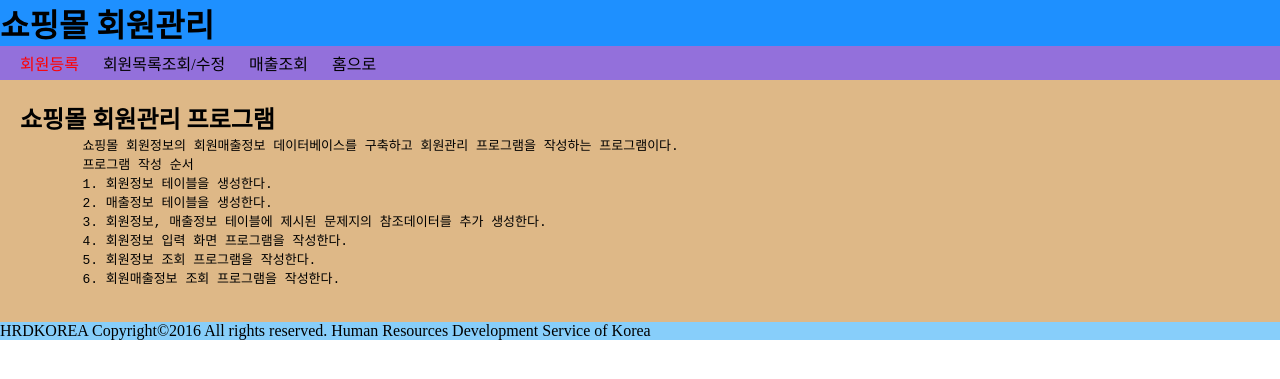
Repository: guguping/finalTestStudy
Page: http://localhost/test2/
The author's editor kept a copy of each file at every save. The page is drawn from the files as they stood at one save, then again after the next save.
The browser window is 1280 px wide. The pictures show the whole page.
The pointer rests on the first visible `a`.
The page is served by Tomcat 9.

Above is the page before, as saved 2023-07-28 06:43:55.

### test2/src/main/webapp/index.jsp
<%@ page contentType="text/html;charset=UTF-8" language="java" %>
<html>
<head>
    <title>Title</title>
    <style>
        * {
            padding: 0;
            margin: 0;
        }
        #contents {
            background-color: burlywood;
            padding: 20px;
        }
        a {
        	text-decoration: none;
        	color: black;
        }
        a:hover {
        	color: red;
        }
    </style>
</head>
<body>
<%@include file="header.jsp"%>
<%@include file="nav.jsp"%>

<div id="contents">
    <h2>쇼핑몰 회원관리 프로그램</h2>
    <pre>
        쇼핑몰 회원정보의 회원매출정보 데이터베이스를 구축하고 회원관리 프로그램을 작성하는 프로그램이다.
        프로그램 작성 순서
        1. 회원정보 테이블을 생성한다.
        2. 매출정보 테이블을 생성한다.
        3. 회원정보, 매출정보 테이블에 제시된 문제지의 참조데이터를 추가 생성한다.
        4. 회원정보 입력 화면 프로그램을 작성한다.
        5. 회원정보 조회 프로그램을 작성한다.
        6. 회원매출정보 조회 프로그램을 작성한다.
    </pre>
</div>

<%@include file="footer.jsp"%>
</body>
</html>

### test2/src/main/webapp/header.jsp
<%@ page contentType="text/html;charset=UTF-8" language="java" %>
    <style>
        #header {
            background-color: dodgerblue;
            width: 100%;
            padding: 0;
            margin: 0;
        }
    </style>
<div id="header">
    <h1 id="title">쇼핑몰 회원관리</h1>
</div>

### test2/src/main/webapp/nav.jsp
<%@ page contentType="text/html;charset=UTF-8" language="java" %>

    <style>
        #nav {
            /*margin-left: 30px;*/
            background-color: mediumpurple;
            padding-top: 5px;
            padding-bottom: 5px;
        }
        #nav a {
            margin-left: 20px;
        }
    </style>
    <div id="nav">
        <a href="saveMemberForm.jsp">회원등록</a>
        <a href="findMember.jsp">회원목록조회/수정</a>
        <a href="salesList.jsp">매출조회</a>
        <a href="index.jsp">홈으로</a>
    </div>

### test2/src/main/webapp/footer.jsp
<%--
  Created by IntelliJ IDEA.
  User: user
  Date: 2022-08-02
  Time: 오후 4:26
  To change this template use File | Settings | File Templates.
--%>
<%@ page contentType="text/html;charset=UTF-8" language="java" %>
    <style>
        #footer {
            background-color: lightskyblue;
        }
    </style>
<div id="footer">
    <p>HRDKOREA Copyright&copy;2016 All rights reserved. Human Resources Development Service of Korea</p>
</div>

After the next save:
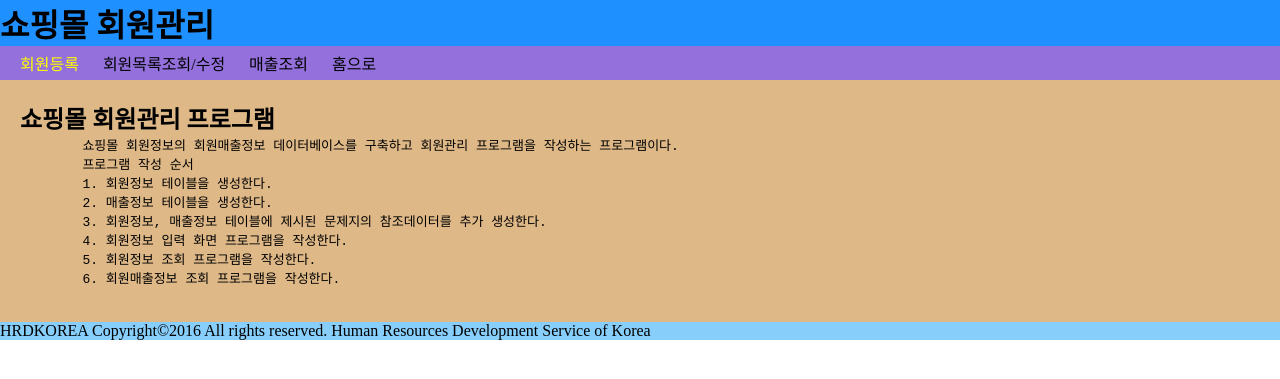
Saved 9 s later.
--- a/test2/src/main/webapp/index.jsp
+++ b/test2/src/main/webapp/index.jsp
@@ -16,7 +16,7 @@
         	color: black;
         }
         a:hover {
-        	color: red;
+        	color: yellow;
         }
     </style>
 </head>
